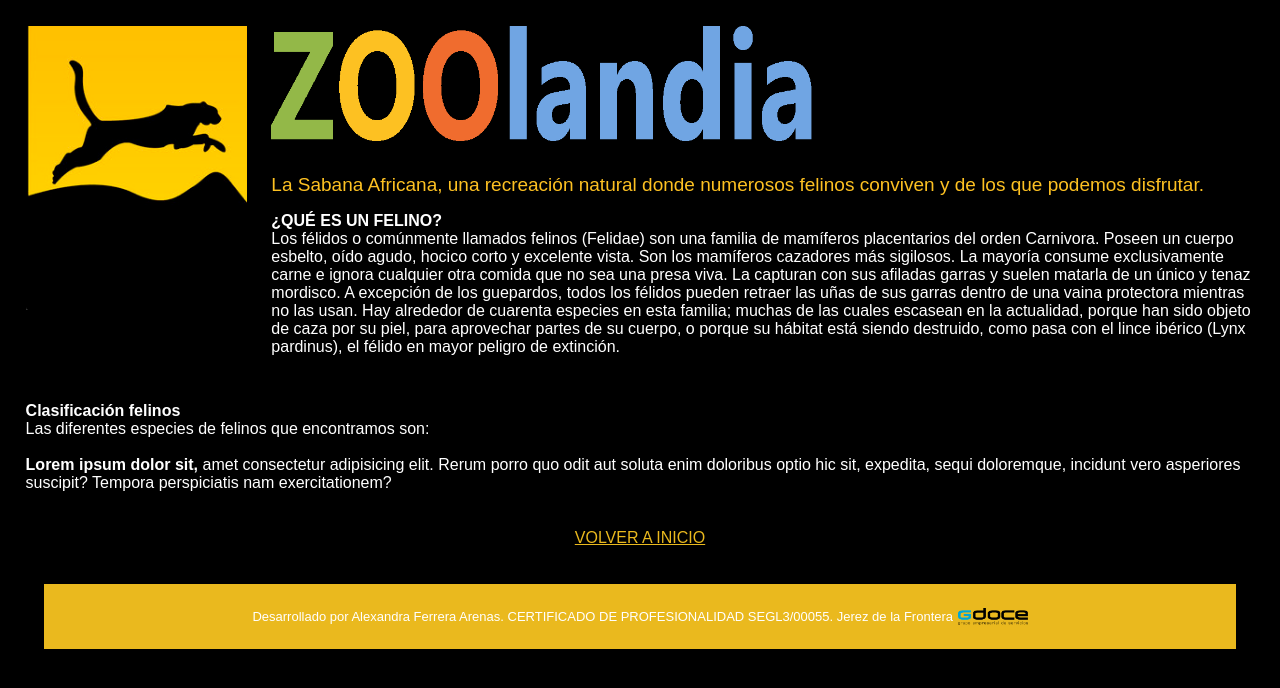
Repository: iSaan86/EV_Pr-ctica_Zoolandia
Page: sabana.html
The author's editor kept a copy of each file at every save. The page is drawn from the files as they stood at one save, then again after the next save.
The browser window is 1280 px wide. The pictures show the whole page.

Above is the page before, as saved 2023-11-27 19:47:42.

### sabana.html
<!DOCTYPE html>
<html lang="es-ES">
	<head>
		<title>
			ZOOlandia Sabana
		</title>
		<meta charset="UTF-8">
		<meta name="viewport" content="width=device-width, initial-scale=1.0">
		<meta name="keywords" content="zoo, aventura, naturaleza, aviario, sabana">
		<meta name="description" content="La sabana ZOOlandia">
		<meta name="author" content="Alexandra Ferrera Arenas">
		<link rel="icon" type="image/x-icon" href="img/favicon.png">

    </head>

    <body style="background-color:black;font-family: Arial, Helvetica, sans-serif; padding: 2%; margin:0">
     <!--Seccion de arriba-->
     <!--Imagen y texto-->
        <section style="display: flex; width: 100%;">
            <article style="width: 20%; justify-content: center;">
                <img src="img/imagen2.jpg" alt="Aviario Exótico" title="La sabana" width="90%">
            </article>
            <article style="width: 80%">
                <section>
                    <img src="img/zoolandia_titulo.gif" alt="Zoolandia Logo" width="55%" style="text-align: left;">
                </section>
                <section style="margin:3% 0%">
                    <h2 style="color:#fdc122; text-align: left; font-weight: normal; font-size: 19px;">
                        La Sabana Africana, una recreación natural donde numerosos felinos conviven y de los que podemos disfrutar.
                    </h2>
                    <p style="color: white;font-weight: lighter; flex-wrap: wrap">
                        <strong> ¿QUÉ ES UN FELINO?</strong>
                        <br>Los félidos o comúnmente llamados felinos (Felidae) son una familia de mamíferos placentarios del
                        orden Carnivora. Poseen un cuerpo esbelto, oído agudo, hocico corto y excelente vista. Son los
                        mamíferos cazadores más sigilosos. La mayoría consume exclusivamente carne e ignora cualquier
                        otra comida que no sea una presa viva. La capturan con sus afiladas garras y suelen matarla de un
                        único y tenaz mordisco. A excepción de los guepardos, todos los félidos pueden retraer las uñas de sus garras dentro de una
                        vaina protectora mientras no las usan.
                        Hay alrededor de cuarenta especies en esta familia; muchas de las cuales escasean en la actualidad,
                        porque han sido objeto de caza por su piel, para aprovechar partes de su cuerpo, o porque su hábitat
                        está siendo destruido, como pasa con el lince ibérico (Lynx pardinus), el félido en mayor peligro de
                        extinción.
                    </p>
                </section>
            </article>
        </section>
    <!--Texto Clasificación Aves-->

        <section>
            <p  style="color: white; font-weight: lighter;">
                <strong> Clasificación felinos</strong>
                <br>Las diferentes especies de felinos que encontramos son:
                <br><br><strong>Lorem ipsum dolor sit, </strong>amet consectetur adipisicing elit. Rerum porro quo odit aut soluta enim doloribus optio hic sit, expedita, sequi doloremque, incidunt vero asperiores suscipit? Tempora perspiciatis nam exercitationem?
            </p>
        </section>

    <!--Enlace Volver a Inicio-->
       <section style="width: 100%; justify-content: center; align-items:center; text-align: center; margin: 3% 0%">
        <a href="index.html" style="color:#eab91e"> VOLVER A INICIO</a>
       </section>

    <!--Pie de página-->
        <footer style="display: flex; width: 100%; margin:1% 0%; align-items: center; justify-content: center; text-align: center">
            <section style="display: flex; width: 95%; background-color:#eab91e;align-items: center; justify-content: center; text-align: center; padding:1%">
                   <p style="color:white; font-size: 13px">
                        Desarrollado por Alexandra Ferrera Arenas. CERTIFICADO DE PROFESIONALIDAD SEGL3/00055. Jerez de la Frontera
                    </p>
                    &nbsp;
                    <img src="img/logo.png" alt="Logo G-Doce" width="6%">

            </section>
        </footer>

    </body>
</html>

After the next save:
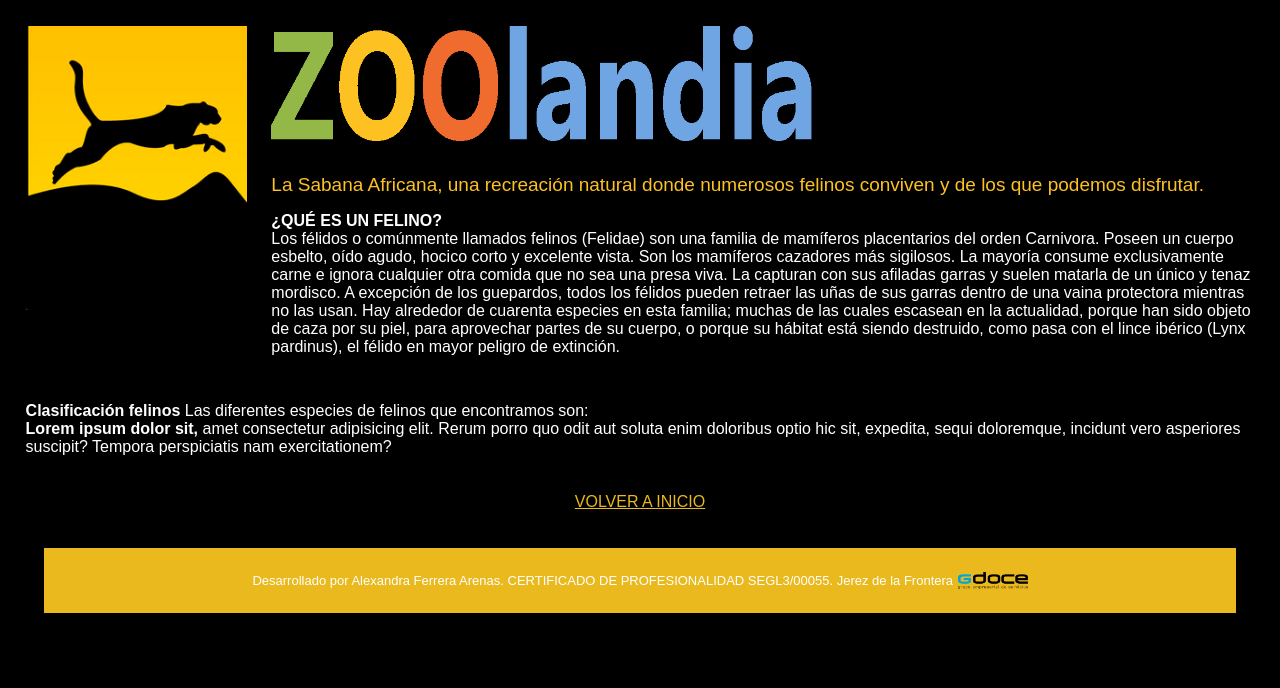
Saved 85 s later.
--- a/sabana.html
+++ b/sabana.html
@@ -28,7 +28,7 @@
                     <h2 style="color:#fdc122; text-align: left; font-weight: normal; font-size: 19px;">
                         La Sabana Africana, una recreación natural donde numerosos felinos conviven y de los que podemos disfrutar.
                     </h2>
-                    <p style="color: white;font-weight: lighter; flex-wrap: wrap">
+                    <p style="color: white;font-weight: lighter">
                         <strong> ¿QUÉ ES UN FELINO?</strong>
                         <br>Los félidos o comúnmente llamados felinos (Felidae) son una familia de mamíferos placentarios del
                         orden Carnivora. Poseen un cuerpo esbelto, oído agudo, hocico corto y excelente vista. Son los
@@ -49,8 +49,8 @@
         <section>
             <p  style="color: white; font-weight: lighter;">
                 <strong> Clasificación felinos</strong>
-                <br>Las diferentes especies de felinos que encontramos son:
-                <br><br><strong>Lorem ipsum dolor sit, </strong>amet consectetur adipisicing elit. Rerum porro quo odit aut soluta enim doloribus optio hic sit, expedita, sequi doloremque, incidunt vero asperiores suscipit? Tempora perspiciatis nam exercitationem?
+                Las diferentes especies de felinos que encontramos son:
+                <br><strong>Lorem ipsum dolor sit, </strong>amet consectetur adipisicing elit. Rerum porro quo odit aut soluta enim doloribus optio hic sit, expedita, sequi doloremque, incidunt vero asperiores suscipit? Tempora perspiciatis nam exercitationem?
             </p>
         </section>
 
